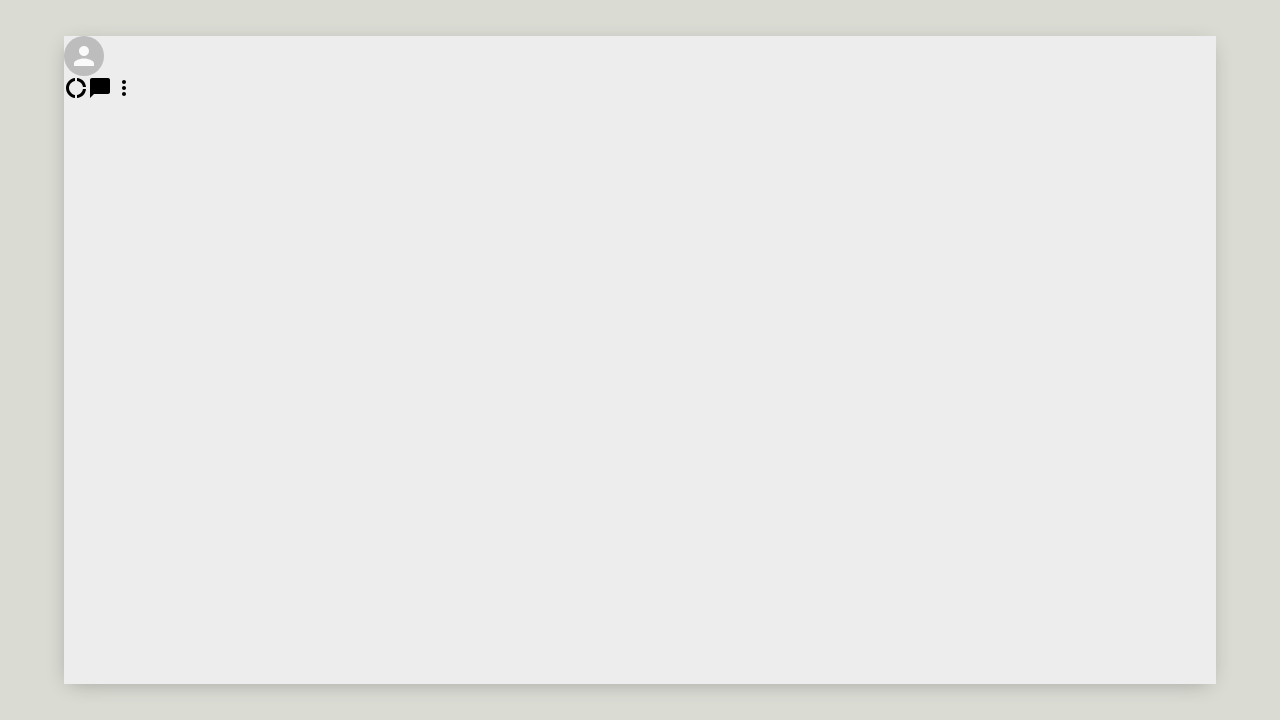
Repository: Prafullkuma/whatsappclon
Page: /
An editor plug-in stored every save of this project. The page is shown before and after the next save, followed by the edit.
The browser window is 1280 px wide. The pictures show the whole page.
The project was rebuilt for these pictures with package versions that can differ from the ones it lists, and the page was loaded fresh each time.

Above is the page before, as saved 2020-08-19 11:48:36.

### src/App.js
import React from 'react';
import './App.css';
import Sidebar from './Component/Sidebar'
function App() {
  return (
    <div className="app">
      <div className="app__body">
        <Sidebar />
      </div>
    </div>
  );
}

export default App;

### src/App.css
.app{
  background-color: #dadbd3;
  height: 100vh;
  display: grid;
  place-items: center;
}
.app__body{
  display: flex;
  height: 90vh;
  width: 90vw;
  background-color: #ededed;
  box-shadow: -1px 4px 20px -6px rgba(0, 0, 0, 0.3);
}

### src/Component/Sidebar.js
import React from 'react'
import { Avatar } from '@material-ui/core';
import DonutLargeIcon from '@material-ui/icons/DonutLarge';
import ChatBubbleIcon from '@material-ui/icons/ChatBubble';
import MoreVertIcon from '@material-ui/icons/MoreVert';
import './Sidebar.css'
function Slidebar() {
    return (
        <div className="sidebar">
            <div className="sidebar_header">
                <Avatar />
                <div className="sidebar_header_right">
                    <DonutLargeIcon />
                    <ChatBubbleIcon />
                    <MoreVertIcon />
                </div>
            </div>
            <div className="sidebar_search">

            </div>
            <div className="sidebar_chat">

            </div>
        </div >
    )
}

export default Slidebar

### src/Component/Sidebar.css
.sidebar{
    flex: 1;
}

Loaded but not shown: public/index.html (common file); src/index.js (common file); src/index.css (common file)

After the next save:
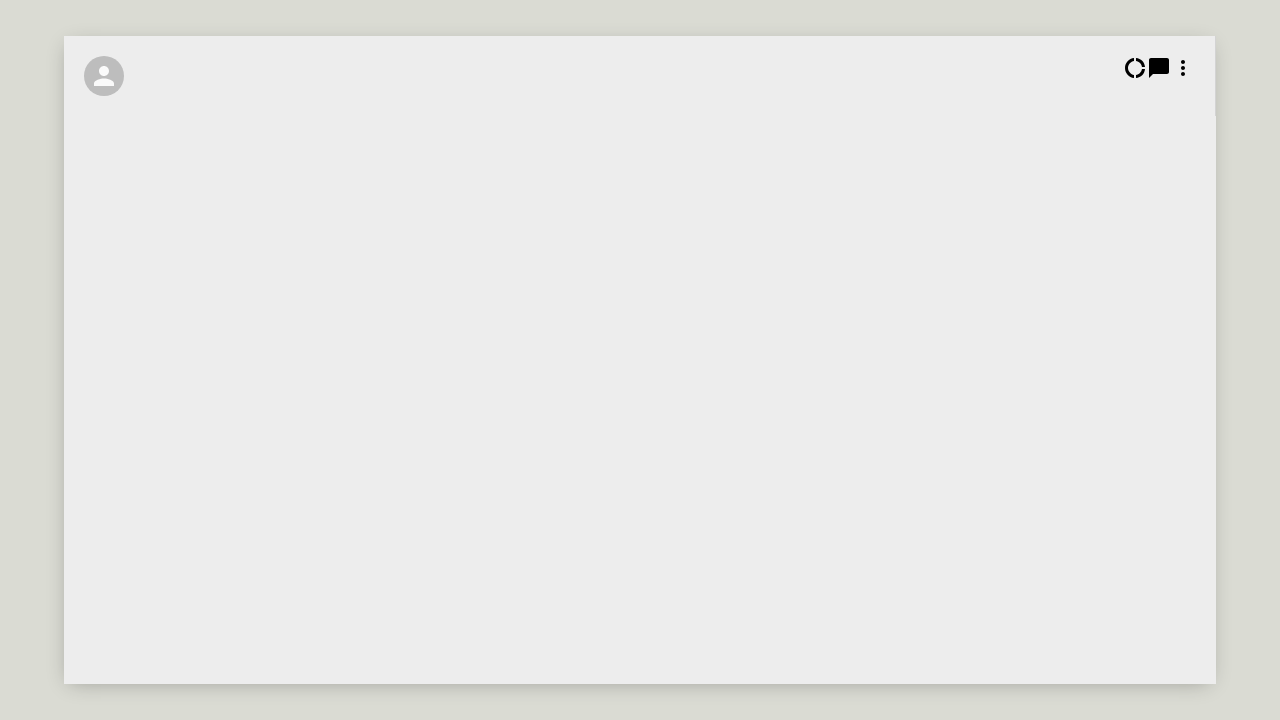
Saved 51 s later.
--- a/src/Component/Sidebar.css
+++ b/src/Component/Sidebar.css
@@ -1,3 +1,9 @@
 .sidebar{
     flex: 1;
 }
+.sidebar_header{
+    display: flex;
+    justify-content: space-between;
+    padding: 20px;
+    border-right: 1px solid lightgray;
+}
